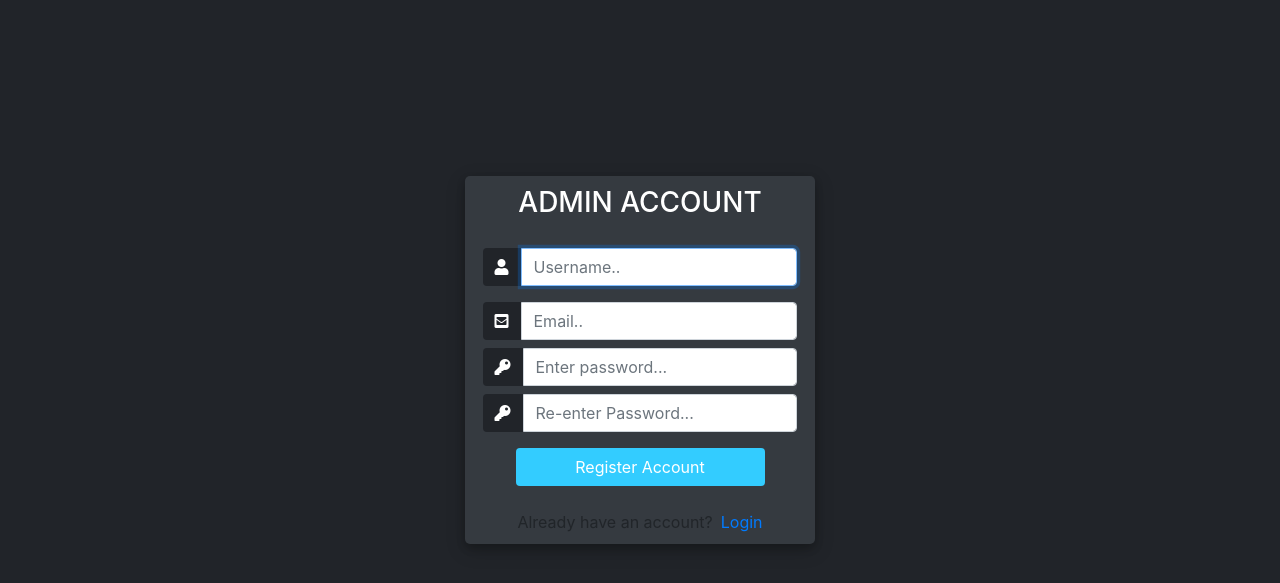
Repository: Abdaljawad-Aya/login-register-auth-validation-Django
Page: http://localhost/register/
An editor plug-in stored every save of this project. The page is shown before and after the next save, followed by the edit.
The browser window is 1280 px wide. The pictures show the whole page.
Some web libraries are served in a nearby version. The page is served by the project's application, run on Django 3.2 (project8/manage.py).

Above is the page before, as saved 2021-03-11 22:23:33.

After the next save:
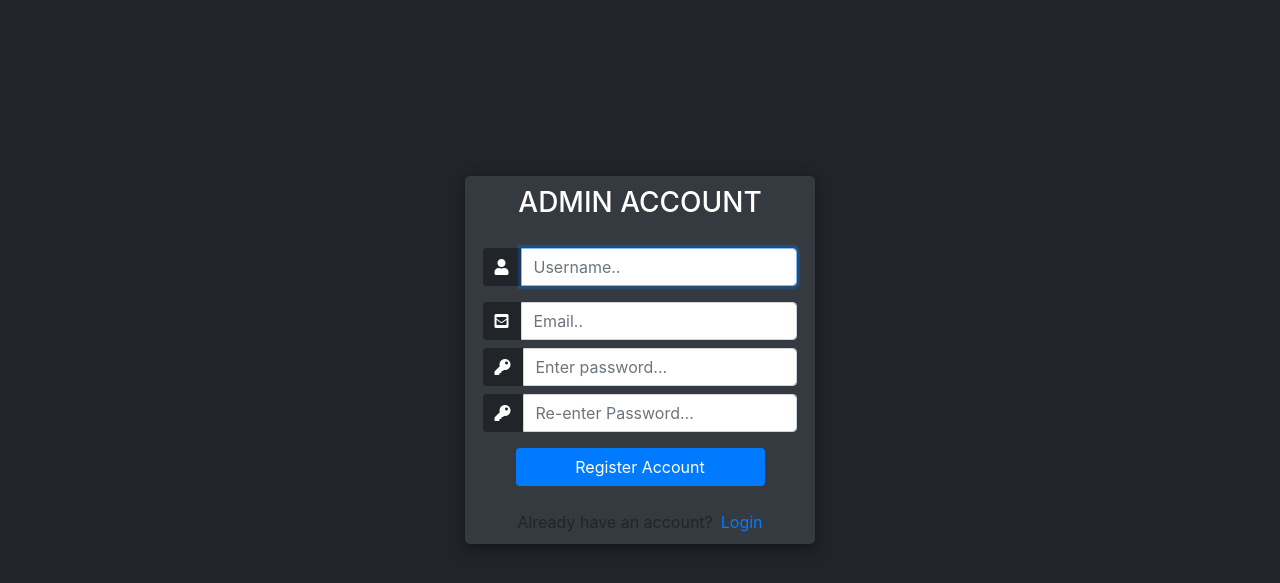
Saved 30 s later.
--- a/project8/project8/templates/register.html
+++ b/project8/project8/templates/register.html
@@ -41,7 +41,7 @@
 		}
 		.login_btn {
 			width: 100%;
-			background: #33ccff !important;
+			background: #007aff !important;
 			color: white !important;
 		}
 		.login_btn:focus {
